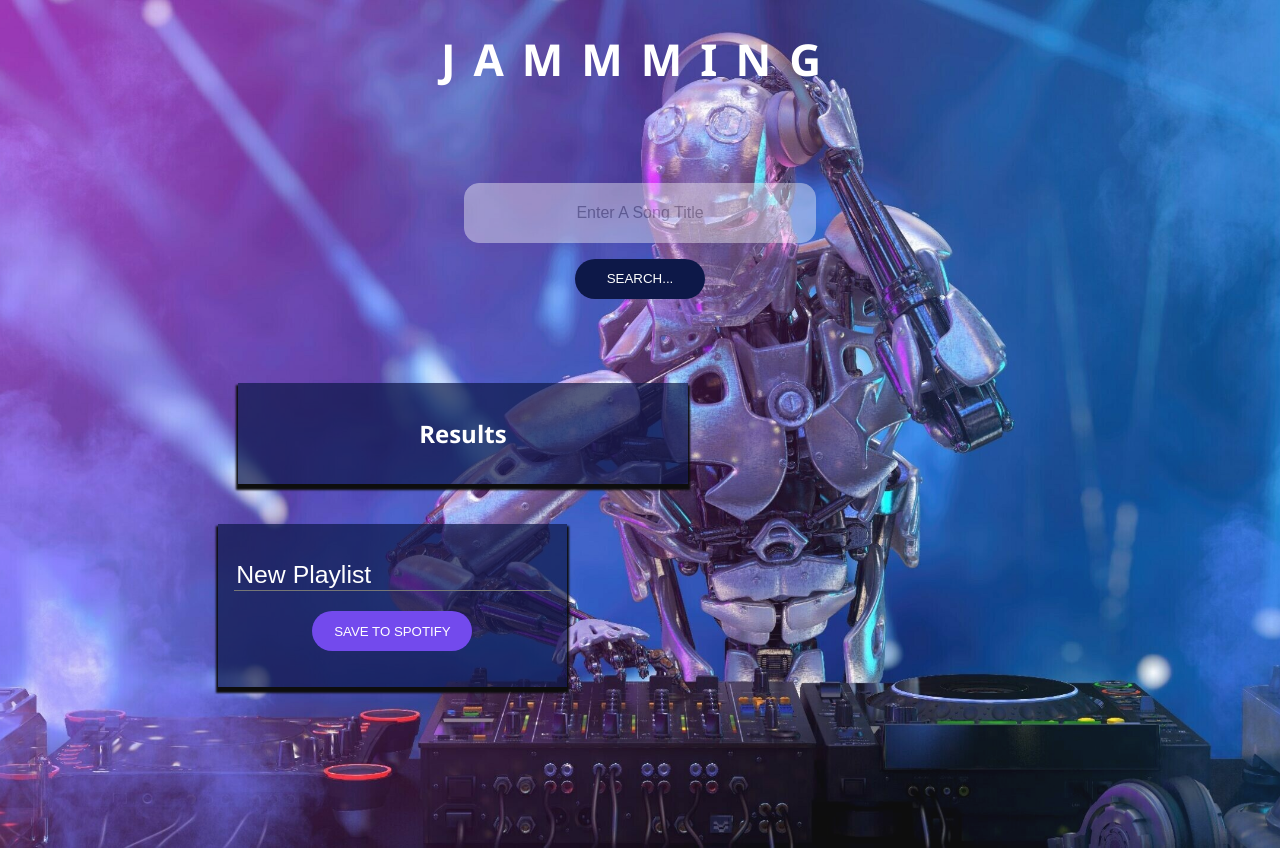
Repository: LolaSL/jamming
Page: /
These files come from the project's save history. The page is drawn as it stood at one moment and after the next save; the edit follows.
The browser window is 1280 px wide. The pictures show the whole page.
The project was rebuilt for these pictures with package versions that can differ from the ones it lists, and the page was loaded fresh each time. Also part of the build but not shown: src/components/Track/Track.css, src/components/Track/Track.jsx.

Above is the page before, as saved 2023-06-22 18:58:15.

After the next save:
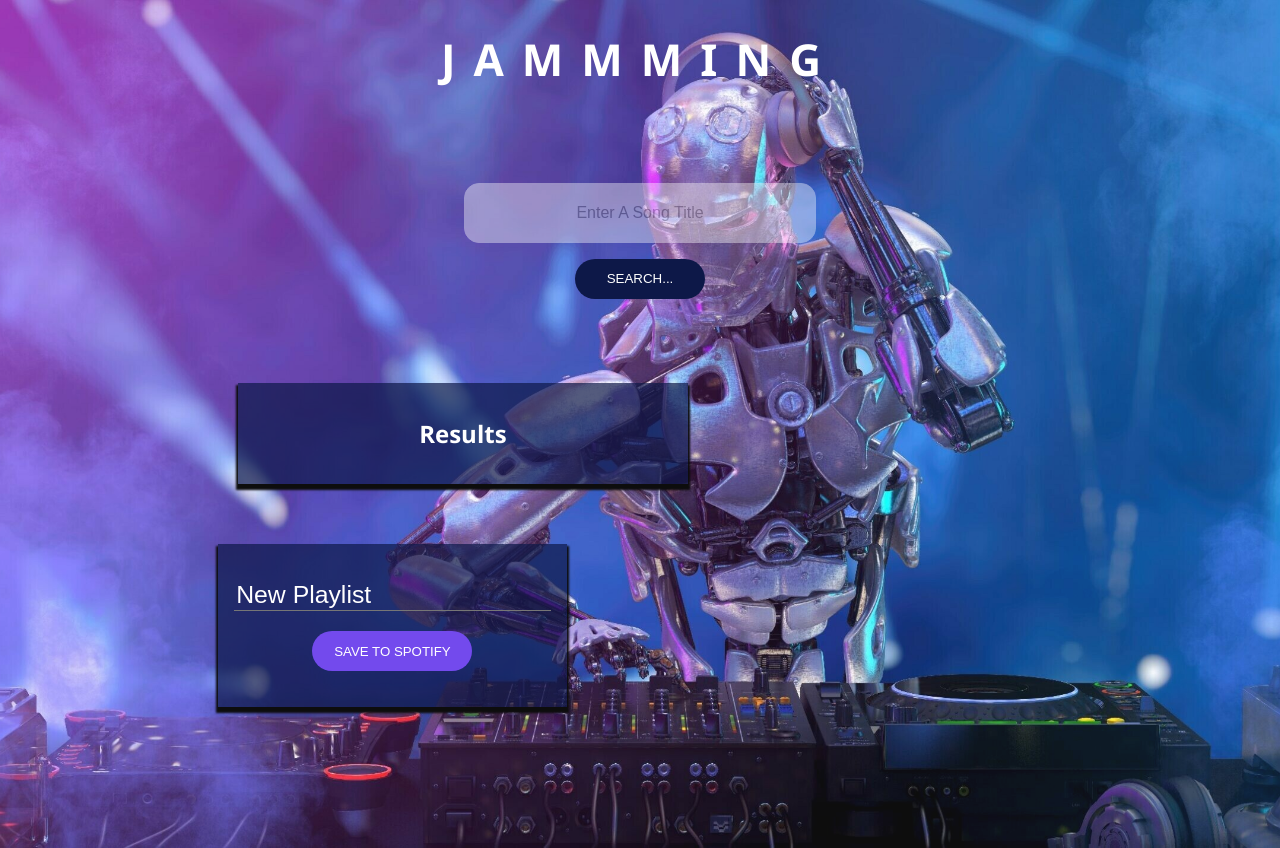
Saved 6 s later.
--- a/src/App/App.css
+++ b/src/App/App.css
@@ -29,6 +29,6 @@ h1{
 .App-playlist{
   display: flex;
   flex-wrap: wrap;
-  gap: 20px;
+  gap: 40px;
 
 }
